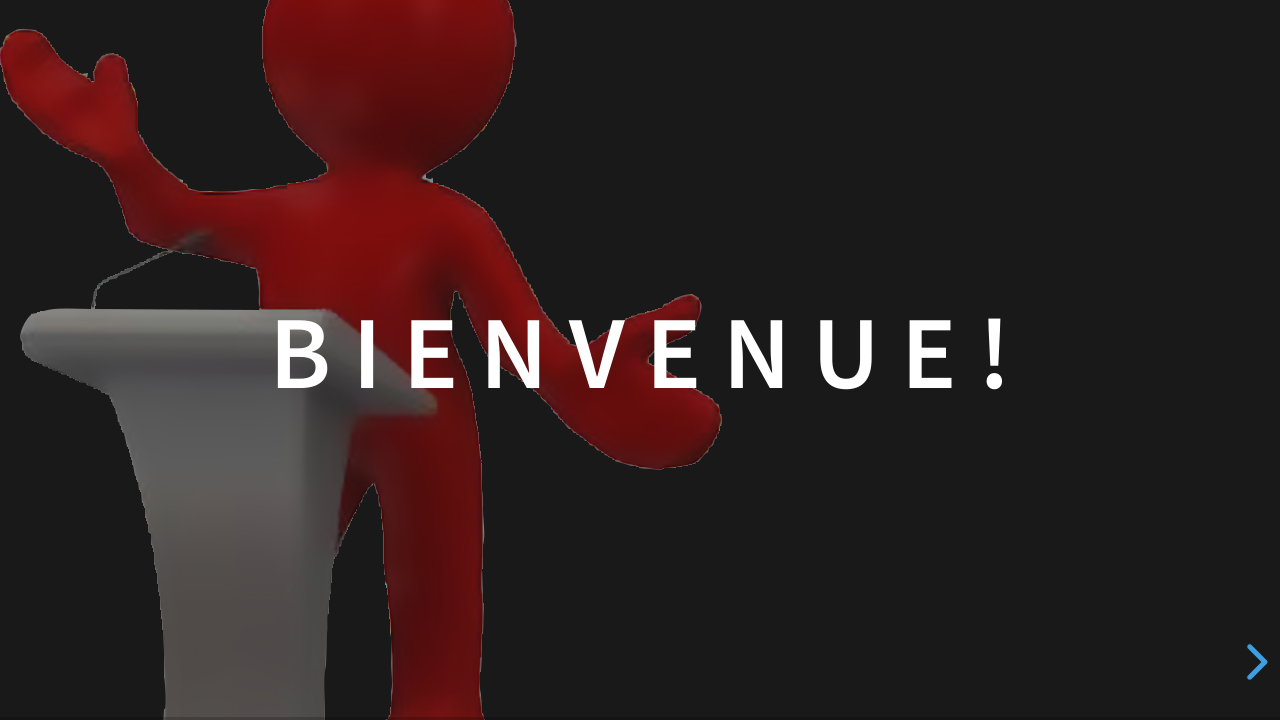
Repository: cutesquirrel/pres-college
Page: index.html
The author's editor kept a copy of each file at every save. The page is drawn from the files as they stood at one save, then again after the next save.
The browser window is 1280 px wide. The pictures show the whole page.

Above is the page before, as saved 2024-03-31 10:42:44.

### index.html
<!doctype html>
<html lang="en">
	<head>
		<meta charset="utf-8">
		<meta name="viewport" content="width=device-width, initial-scale=1.0, maximum-scale=1.0, user-scalable=no">

		<title>reveal.js</title>

		<link rel="stylesheet" href="dist/reset.css">
		<link rel="stylesheet" href="dist/reveal.css">
		<link rel="stylesheet" href="dist/theme/black.css">

		<!-- Theme used for syntax highlighted code -->
		<link rel="stylesheet" href="plugin/highlight/monokai.css">
		<link rel="stylesheet" href="custom.css">
	</head>
	<body>
		<div class="reveal">
			<div class="slides">
				<section data-background-image="./whoami.png" data-background-size="722px" data-background-position="left" data-background-repeat="no-repeat" data-background-opacity="0.5">
					<div id="wrapper">
						<h1>
							<span class="letter01">B</span>
							<span class="letter02">i</span>
							<span class="letter03">e</span>
							<span class="letter04">n</span>
							<span class="letter05">v</span>
							<span class="letter06">e</span>
							<span class="letter07">n</span>
							<span class="letter08">u</span>
							<span class="letter09">e</span>
							<span class="letter10">!</span>
					</div>
				</section>
				<section data-background-image="./whoami.png" data-background-size="722px" data-background-position="left" data-background-repeat="no-repeat" data-background-opacity="0.5">
					<h2>Qui suis-je ?</h2>
				</section>
				<section data-background-image="./fond_dev.png" >
					<h2>Développement ?</h2>
				</section>
				<section>

					<h2>Idées de thèmes</h2>
					<ul class="r-fit-text">
<li class="fragment fade-left">Les différentes activités réalisées dans votre travail
Développement Web
Gestion de projet
Management d'équipe
Travailler avec les fournisseurs : hébergeur, avis clients par ex, réseaux sociaux
Réunions d'équipe : qui travaille sur quoi ?
Réunions pour préparer des nouveaux projets
Réunions de crise : gros souci sur un site, on ne vend plus ? panique à bord ?


</li>
<li class="fragment fade-left">Description d'une journée type
	Je dirige une équipe de 8 personnes, coupée en 3 : une partie à Aix, l'autre à Montpellier, 1 en Bretagne
	On utilise donc beaucoup Slack, un outil pour communiquer entre nous, comme WhatsApp
Outils de chat : 2
</li>

<li class="fragment fade-left">les horaires de travail -

	9h-12h/14h-18h environ</li>

<li class="fragment fade-left">lieu(x) d’exercice du métier:

	dans l'entreprise, à Aix, ou en télétravail 2j/semaine</li>

<li class="fragment fade-left">les qualités et compétences demandées
	passioné par le développement
  curieux, inventif
	aimer travailler en équipe
	autonôme parfois
</li>

<li class="fragment fade-left">votre parcours de formation
ESIGELEC, école d'ingénieur généraliste.
Plein d'autres formations possibles : EPITECH, l'école 42, BTS, BUT, formation de reconversion


</li>
<li class="fragment fade-left">la place de l’anglais dans votre profession</li>
<li class="fragment fade-left">L’éducation nationale s’engage pour le développement durable et la transition écologique :
	la question de l’environnement est au coeur des nouveaux programme du lycée.

	parler de la question de la consommation énergétique
	Green IT ?
  Netflix, moteurs de recherche comme Google, l'intelligence articielle, le bitcoin - consommation énergétique monstrueuse


</li>
<li class="fragment fade-left">Entreprise ? égalité fille/ garçon: la part des femmes et des hommes dans votre entreprise

	Parmi les développeurs/euses, il y a encore peu de femmes.
	La preuve, je n'ai qu'une femme dans mon équipe sur 8 personnes...

	Par contre, au service marketing, dont je fais partie, c'est principalement des femmes :
	   graphistes, designeuses
	   community manager
		 responsable produit
		 ventes

  De nombreuses initiatives existent pour promouvoir la place de la femme dans ce métier.

</li>
					</ul>

TROUVER QQ PHOTOS HOMAIR
QQ PHOTOS AGREMENTANT LA PRESENTATION

				</section>
				<section>
					<section>Slide 2.1</section>
					<section>Slide 2.2</section>
				</section>
				<section data-transition="convex">
					<h3>data-transition: convex</h3>
				</section>
				<section data-background="indigo">
					<h2>Scroll triggered fragments</h2>
					<ul>
						<li class="fragment fade-left">Step one</li>
						<li class="fragment fade-left">Step two</li>
						<li class="fragment fade-left">Step three</li>
					</ul>
				</section>
			</div>
		</div>

		<script src="dist/reveal.js"></script>
		<script src="plugin/notes/notes.js"></script>
		<script src="plugin/markdown/markdown.js"></script>
		<script src="plugin/highlight/highlight.js"></script>
		<script>
			// More info about initialization & config:
			// - https://revealjs.com/initialization/
			// - https://revealjs.com/config/
			Reveal.initialize({
				hash: true,

				// Learn about plugins: https://revealjs.com/plugins/
				plugins: [ RevealMarkdown, RevealHighlight, RevealNotes ]
			});
		</script>
	</body>
</html>

### dist/theme/black.css
/**
 * Black theme for reveal.js. This is the opposite of the 'white' theme.
 *
 * By Hakim El Hattab, http://hakim.se
 */
@import url(./fonts/source-sans-pro/source-sans-pro.css);
section.has-light-background, section.has-light-background h1, section.has-light-background h2, section.has-light-background h3, section.has-light-background h4, section.has-light-background h5, section.has-light-background h6 {
  color: #222;
}

/*********************************************
 * GLOBAL STYLES
 *********************************************/
:root {
  --r-background-color: #191919;
  --r-main-font: Source Sans Pro, Helvetica, sans-serif;
  --r-main-font-size: 42px;
  --r-main-color: #fff;
  --r-block-margin: 20px;
  --r-heading-margin: 0 0 20px 0;
  --r-heading-font: Source Sans Pro, Helvetica, sans-serif;
  --r-heading-color: #fff;
  --r-heading-line-height: 1.2;
  --r-heading-letter-spacing: normal;
  --r-heading-text-transform: uppercase;
  --r-heading-text-shadow: none;
  --r-heading-font-weight: 600;
  --r-heading1-text-shadow: none;
  --r-heading1-size: 2.5em;
  --r-heading2-size: 1.6em;
  --r-heading3-size: 1.3em;
  --r-heading4-size: 1em;
  --r-code-font: monospace;
  --r-link-color: #42affa;
  --r-link-color-dark: #068de9;
  --r-link-color-hover: #8dcffc;
  --r-selection-background-color: rgba(66, 175, 250, 0.75);
  --r-selection-color: #fff;
  --r-overlay-element-bg-color: 240, 240, 240;
  --r-overlay-element-fg-color: 0, 0, 0;
}

.reveal-viewport {
  background: #191919;
  background-color: var(--r-background-color);
}

.reveal {
  font-family: var(--r-main-font);
  font-size: var(--r-main-font-size);
  font-weight: normal;
  color: var(--r-main-color);
}

.reveal ::selection {
  color: var(--r-selection-color);
  background: var(--r-selection-background-color);
  text-shadow: none;
}

.reveal ::-moz-selection {
  color: var(--r-selection-color);
  background: var(--r-selection-background-color);
  text-shadow: none;
}

.reveal .slides section,
.reveal .slides section > section {
  line-height: 1.3;
  font-weight: inherit;
}

/*********************************************
 * HEADERS
 *********************************************/
.reveal h1,
.reveal h2,
.reveal h3,
.reveal h4,
.reveal h5,
.reveal h6 {
  margin: var(--r-heading-margin);
  color: var(--r-heading-color);
  font-family: var(--r-heading-font);
  font-weight: var(--r-heading-font-weight);
  line-height: var(--r-heading-line-height);
  letter-spacing: var(--r-heading-letter-spacing);
  text-transform: var(--r-heading-text-transform);
  text-shadow: var(--r-heading-text-shadow);
  word-wrap: break-word;
}

.reveal h1 {
  font-size: var(--r-heading1-size);
}

.reveal h2 {
  font-size: var(--r-heading2-size);
}

.reveal h3 {
  font-size: var(--r-heading3-size);
}

.reveal h4 {
  font-size: var(--r-heading4-size);
}

.reveal h1 {
  text-shadow: var(--r-heading1-text-shadow);
}

/*********************************************
 * OTHER
 *********************************************/
.reveal p {
  margin: var(--r-block-margin) 0;
  line-height: 1.3;
}

/* Remove trailing margins after titles */
.reveal h1:last-child,
.reveal h2:last-child,
.reveal h3:last-child,
.reveal h4:last-child,
.reveal h5:last-child,
.reveal h6:last-child {
  margin-bottom: 0;
}

/* Ensure certain elements are never larger than the slide itself */
.reveal img,
.reveal video,
.reveal iframe {
  max-width: 95%;
  max-height: 95%;
}

.reveal strong,
.reveal b {
  font-weight: bold;
}

.reveal em {
  font-style: italic;
}

.reveal ol,
.reveal dl,
.reveal ul {
  display: inline-block;
  text-align: left;
  margin: 0 0 0 1em;
}

.reveal ol {
  list-style-type: decimal;
}

.reveal ul {
  list-style-type: disc;
}

.reveal ul ul {
  list-style-type: square;
}

.reveal ul ul ul {
  list-style-type: circle;
}

.reveal ul ul,
.reveal ul ol,
.reveal ol ol,
.reveal ol ul {
  display: block;
  margin-left: 40px;
}

.reveal dt {
  font-weight: bold;
}

.reveal dd {
  margin-left: 40px;
}

.reveal blockquote {
  display: block;
  position: relative;
  width: 70%;
  margin: var(--r-block-margin) auto;
  padding: 5px;
  font-style: italic;
  background: rgba(255, 255, 255, 0.05);
  box-shadow: 0px 0px 2px rgba(0, 0, 0, 0.2);
}

.reveal blockquote p:first-child,
.reveal blockquote p:last-child {
  display: inline-block;
}

.reveal q {
  font-style: italic;
}

.reveal pre {
  display: block;
  position: relative;
  width: 90%;
  margin: var(--r-block-margin) auto;
  text-align: left;
  font-size: 0.55em;
  font-family: var(--r-code-font);
  line-height: 1.2em;
  word-wrap: break-word;
  box-shadow: 0px 5px 15px rgba(0, 0, 0, 0.15);
}

.reveal code {
  font-family: var(--r-code-font);
  text-transform: none;
  tab-size: 2;
}

.reveal pre code {
  display: block;
  padding: 5px;
  overflow: auto;
  max-height: 400px;
  word-wrap: normal;
}

.reveal .code-wrapper {
  white-space: normal;
}

.reveal .code-wrapper code {
  white-space: pre;
}

.reveal table {
  margin: auto;
  border-collapse: collapse;
  border-spacing: 0;
}

.reveal table th {
  font-weight: bold;
}

.reveal table th,
.reveal table td {
  text-align: left;
  padding: 0.2em 0.5em 0.2em 0.5em;
  border-bottom: 1px solid;
}

.reveal table th[align=center],
.reveal table td[align=center] {
  text-align: center;
}

.reveal table th[align=right],
.reveal table td[align=right] {
  text-align: right;
}

.reveal table tbody tr:last-child th,
.reveal table tbody tr:last-child td {
  border-bottom: none;
}

.reveal sup {
  vertical-align: super;
  font-size: smaller;
}

.reveal sub {
  vertical-align: sub;
  font-size: smaller;
}

.reveal small {
  display: inline-block;
  font-size: 0.6em;
  line-height: 1.2em;
  vertical-align: top;
}

.reveal small * {
  vertical-align: top;
}

.reveal img {
  margin: var(--r-block-margin) 0;
}

/*********************************************
 * LINKS
 *********************************************/
.reveal a {
  color: var(--r-link-color);
  text-decoration: none;
  transition: color 0.15s ease;
}

.reveal a:hover {
  color: var(--r-link-color-hover);
  text-shadow: none;
  border: none;
}

.reveal .roll span:after {
  color: #fff;
  background: var(--r-link-color-dark);
}

/*********************************************
 * Frame helper
 *********************************************/
.reveal .r-frame {
  border: 4px solid var(--r-main-color);
  box-shadow: 0 0 10px rgba(0, 0, 0, 0.15);
}

.reveal a .r-frame {
  transition: all 0.15s linear;
}

.reveal a:hover .r-frame {
  border-color: var(--r-link-color);
  box-shadow: 0 0 20px rgba(0, 0, 0, 0.55);
}

/*********************************************
 * NAVIGATION CONTROLS
 *********************************************/
.reveal .controls {
  color: var(--r-link-color);
}

/*********************************************
 * PROGRESS BAR
 *********************************************/
.reveal .progress {
  background: rgba(0, 0, 0, 0.2);
  color: var(--r-link-color);
}

/*********************************************
 * PRINT BACKGROUND
 *********************************************/
@media print {
  .backgrounds {
    background-color: var(--r-background-color);
  }
}

### plugin/highlight/monokai.css
/*
Monokai style - ported by Luigi Maselli - http://grigio.org
*/

.hljs {
  display: block;
  overflow-x: auto;
  padding: 0.5em;
  background: #272822;
  color: #ddd;
}

.hljs-tag,
.hljs-keyword,
.hljs-selector-tag,
.hljs-literal,
.hljs-strong,
.hljs-name {
  color: #f92672;
}

.hljs-code {
  color: #66d9ef;
}

.hljs-class .hljs-title {
  color: white;
}

.hljs-attribute,
.hljs-symbol,
.hljs-regexp,
.hljs-link {
  color: #bf79db;
}

.hljs-string,
.hljs-bullet,
.hljs-subst,
.hljs-title,
.hljs-section,
.hljs-emphasis,
.hljs-type,
.hljs-built_in,
.hljs-builtin-name,
.hljs-selector-attr,
.hljs-selector-pseudo,
.hljs-addition,
.hljs-variable,
.hljs-template-tag,
.hljs-template-variable {
  color: #a6e22e;
}

.hljs-comment,
.hljs-quote,
.hljs-deletion,
.hljs-meta {
  color: #75715e;
}

.hljs-keyword,
.hljs-selector-tag,
.hljs-literal,
.hljs-doctag,
.hljs-title,
.hljs-section,
.hljs-type,
.hljs-selector-id {
  font-weight: bold;
}

### custom.css
/* Styles généraux (avec reset CSS simple) */
* {margin:0; padding:0; font-size:1em; box-sizing:border-box;}
body {transition:background-color 4s ease; background:linear-gradient(70deg,#FC9DAB,#C586D9,#A5A1F0,#86BAD9,#9DFADB); background-size:auto; background-size:500% 250%; animation:degradeFond 30s ease infinite;}
@keyframes degradeFond {
	0% {background-position:0 50%;}
	50% {background-position:50% 50%;}
	100% {background-position:0 50%;}
}

Loaded but not shown: dist/reset.css (common file); dist/reveal.css (library); dist/reveal.js (library); plugin/notes/notes.js (library); plugin/markdown/markdown.js (library); plugin/highlight/highlight.js (library); dist/theme/fonts/source-sans-pro/source-sans-pro.css (common file)

After the next save:
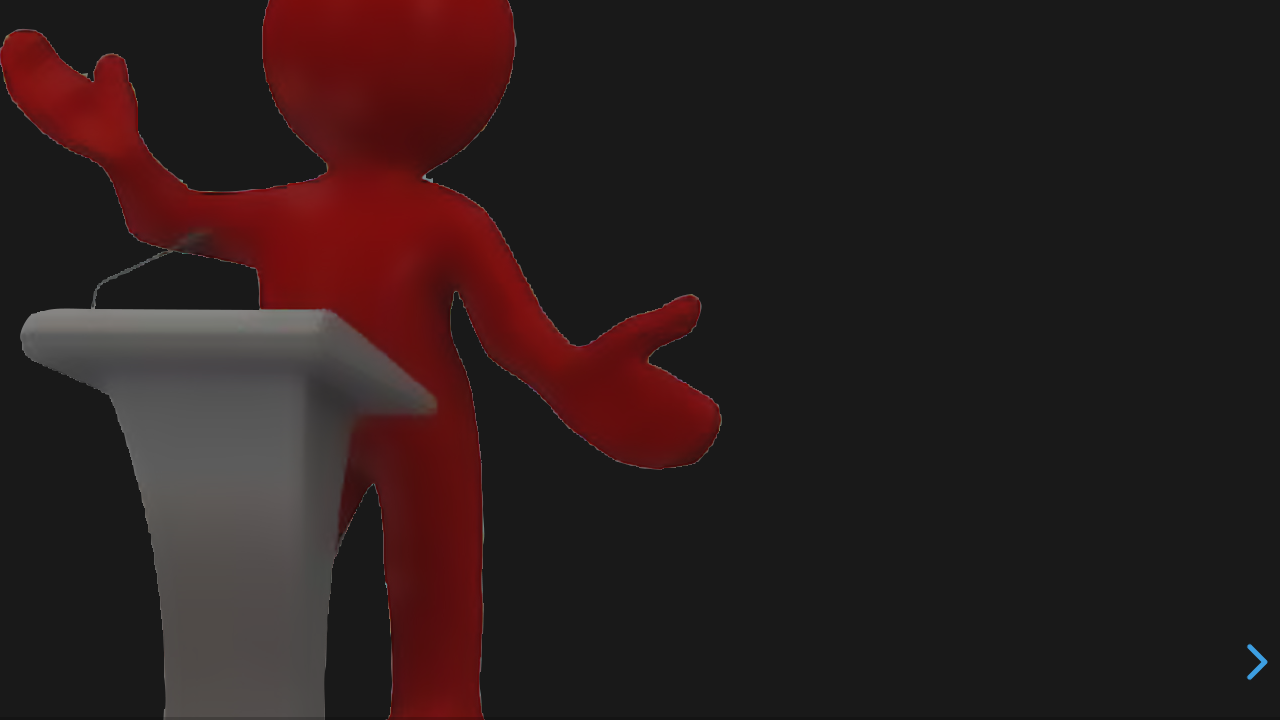
Saved 9 s later.
--- a/custom.css
+++ b/custom.css
@@ -6,3 +6,29 @@ body {transition:background-color 4s ease; background:linear-gradient(70deg,#FC9
 	50% {background-position:50% 50%;}
 	100% {background-position:0 50%;}
 }
+/* Réglages du bloc de texte général */
+#wrapper {margin-top:40vh; text-align:center; font-family:'Dancing Script', cursive;}
+#wrapper h1 {white-space:normal; display:inline-block; font-size:6em; font-weight:300; background:linear-gradient(75deg, #E5E0F9,#C5C7DB,#EAEDF3,#C5D2DB,#E0F6F9); color:transparent; background-clip:text; -webkit-background-clip:text; position:relative;}
+
+/* Animations des lettres */
+h1 span {opacity:0;}
+.letter01 {animation:letters 3s ease 0000ms forwards;}
+.letter02 {animation:letters 3s ease 0500ms forwards;}
+.letter03 {animation:letters 3s ease 1000ms forwards;}
+.letter04 {animation:letters 3s ease 1500ms forwards;}
+.letter05 {animation:letters 3s ease 2000ms forwards;}
+.letter06 {animation:letters 3s ease 2500ms forwards;}
+.letter07 {animation:letters 3s ease 3000ms forwards;}
+.letter08 {}
+.letter09 {animation:letters 3s ease 4500ms forwards;}
+.letter10 {animation:letters 3s ease 5000ms forwards;}
+.letter11 {animation:letters 3s ease 5500ms forwards;}
+.letter12 {animation:letters 3s ease 6000ms forwards;}
+.letter13 {animation:letters 3s ease 6500ms forwards;}
+.letter14 {animation:letters 3s ease 7000ms forwards;}
+.letter15 {animation:letters 3s ease 7500ms forwards;}
+.letter16 {animation:letters 3s ease 8000ms forwards;}
+@keyframes letters {
+	0% {opacity:0;}
+	100% {opacity:1.0;}
+}
